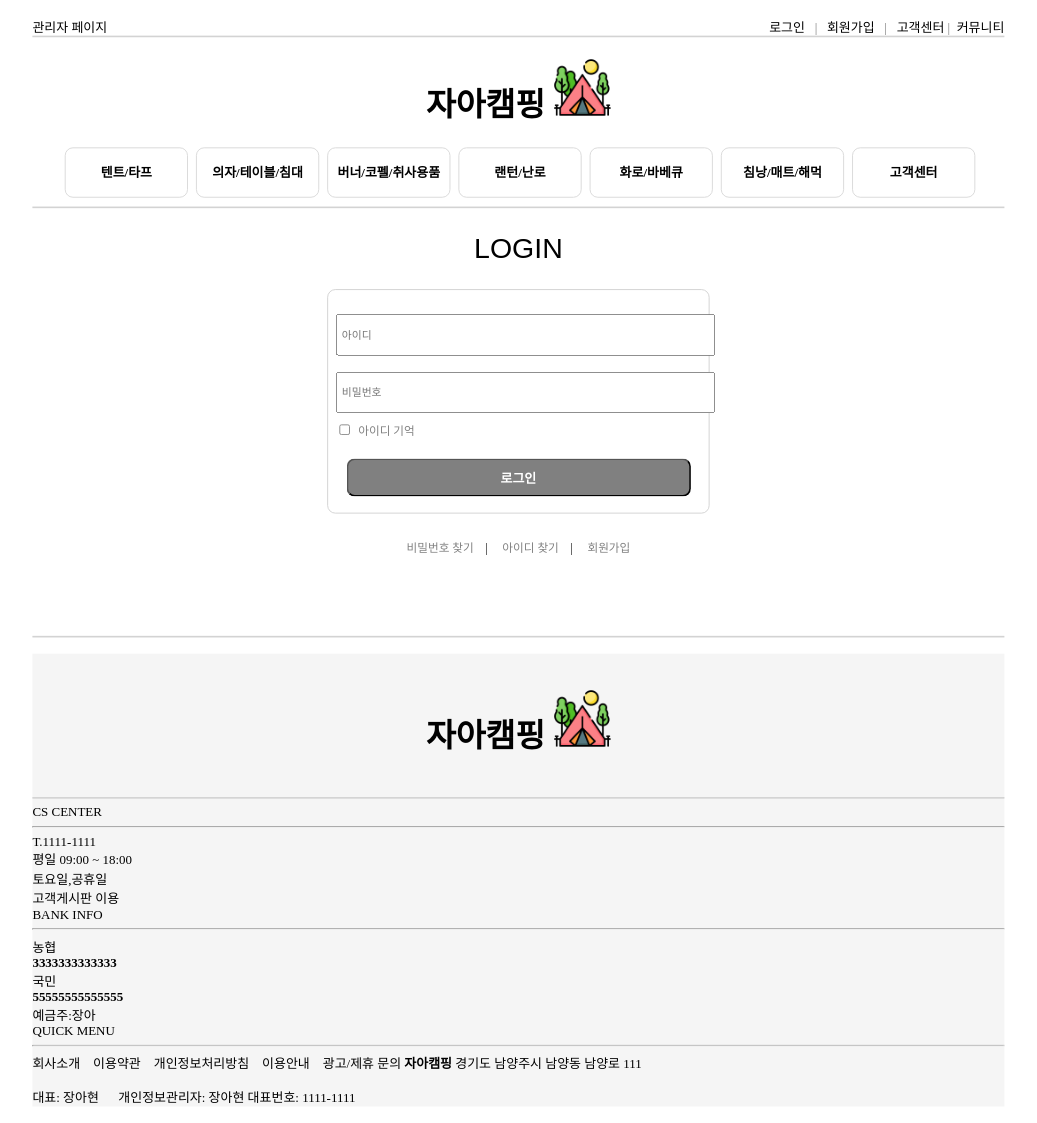
Repository: JJang-Ah/JSP-shoping-mall-project
Page: http://localhost/JaAhCamping/logon/memberLoginForm.jsp
An editor plug-in stored every save of this project. The page is shown before and after the next save, followed by the edit.
The browser window is 1280 px wide. The pictures show the whole page, at 81% of full size.
Some web fonts or font styles are not loaded; a fallback is used. The page is served by Tomcat 9.

Above is the page before, as saved 2022-06-12 13:58:37.

After the next save:
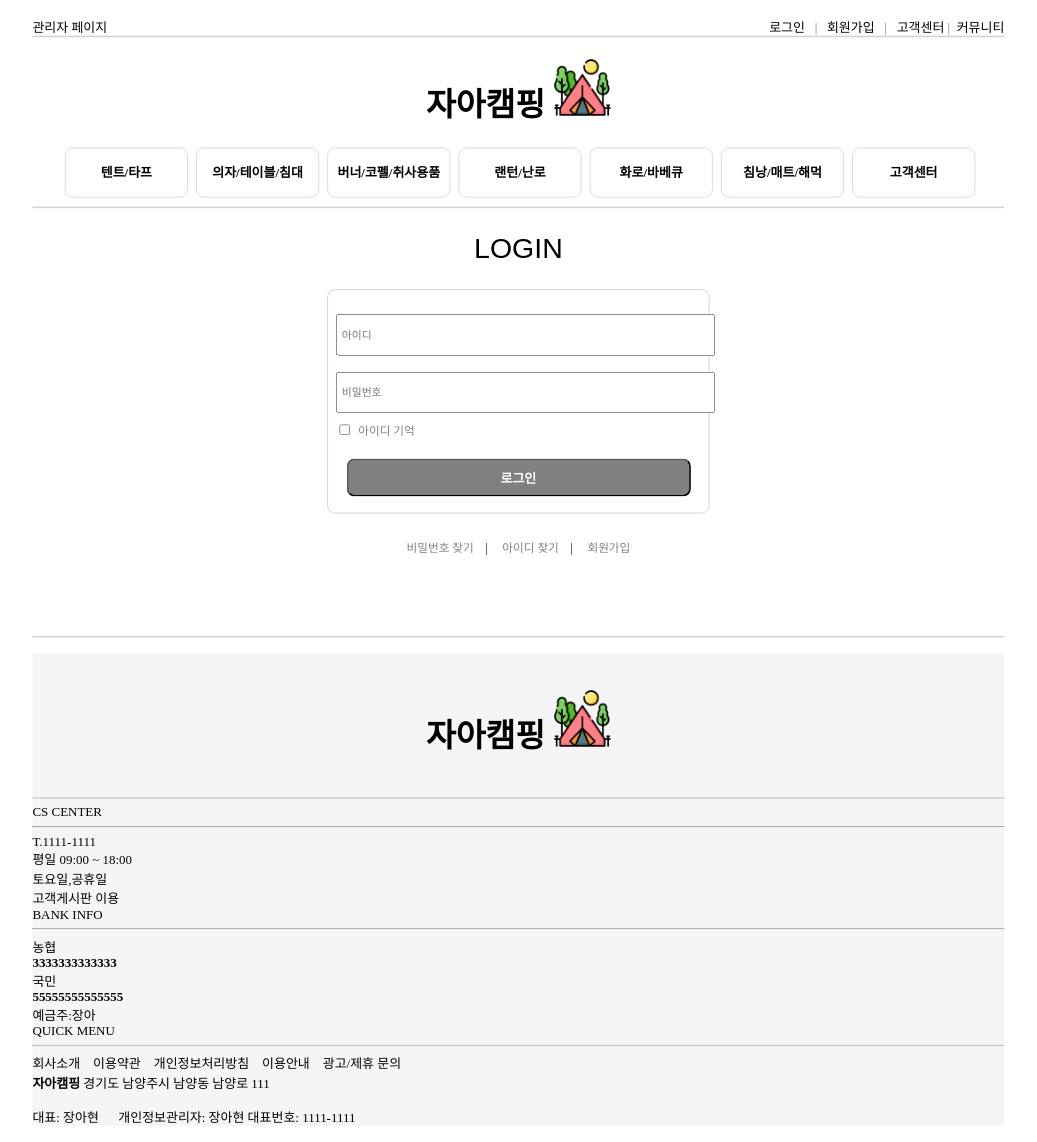
Saved 14 s later.
--- a/JaAhCamping/WebContent/mall/shopBottom.jsp
+++ b/JaAhCamping/WebContent/mall/shopBottom.jsp
@@ -44,7 +44,7 @@
 		</div>
 	</div>
 	<div class="b_box4">
-	회사소개 &ensp; 이용약관 &ensp; 개인정보처리방침 &ensp; 이용안내 &ensp; 광고/제휴 문의
+	회사소개 &ensp; 이용약관 &ensp; 개인정보처리방침 &ensp; 이용안내 &ensp; 광고/제휴 문의<br>
 	<b>자아캠핑</b>
 	<span>
 	경기도 남양주시 남양동 남양로 111 <br><br>
